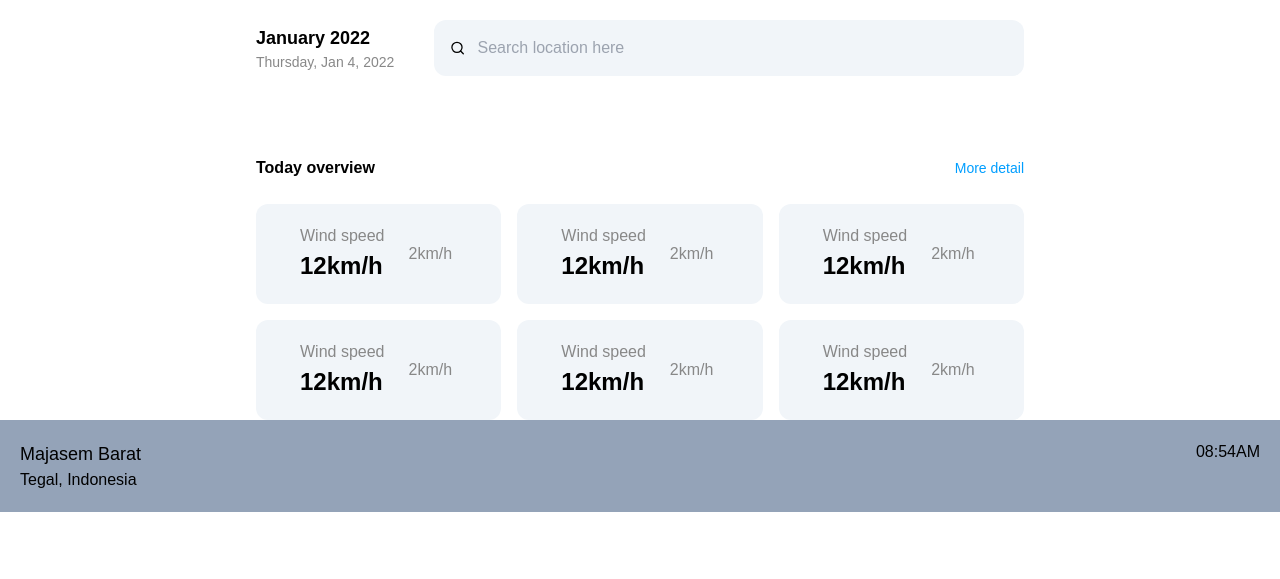
Repository: theweirdboiz/datawarehouse-ui
Page: /
An editor plug-in stored every save of this project. The page is shown before and after the next save, followed by the edit.
The browser window is 1280 px wide. The pictures show the whole page.
The project was rebuilt for these pictures with package versions that can differ from the ones it lists, and the page was loaded fresh each time. Also part of the build but not shown: vite.config.js.

Above is the page before, as saved 2022-11-23 16:36:32.

### index.html
<!DOCTYPE html>
<html lang="en">
  <head>
    <meta charset="UTF-8" />
    <link rel="icon" type="image/svg+xml" href="/vite.svg" />
    <meta name="viewport" content="width=device-width, initial-scale=1.0" />
    <title>Weather - Datawarehouse</title>
  </head>
  <body>
    <div id="root"></div>
    <script type="module" src="/src/main.jsx"></script>
  </body>
</html>

### src/App.jsx
import { useState } from "react";
import { FiSearch } from "react-icons/fi";

function App() {
  const date = "font-[900] text-lg";
  const detailDate = "text-sm text-[#888]";

  const contentTop = "mt-[20px] flex items-center gap-x-10 mb-20";
  const contentSearch =
    "content__search p-4 flex items-center gap-x-3 flex-1 rounded-xl bg-slate-100";

  return (
    <div className="container mx-auto">
      <div className="">
        <section className="content max-w-3xl mx-auto">
          <div className={contentTop}>
            <div className="flex-col">
              <h3 className={date}>January 2022</h3>
              <div className={detailDate}>Thursday, Jan 4, 2022</div>
            </div>
            <div className={contentSearch}>
              <FiSearch />
              <input
                className="w-full bg-transparent"
                type="text"
                placeholder="Search location here"
              />
            </div>
          </div>
          <div className="content__detail">
            <div className="flex items-center justify-between">
              <h4 className="font-semibold">Today overview</h4>
              <div className="">
                <button className="text-sm font-medium text-[#009EFF]">
                  More detail
                </button>
              </div>
            </div>
            <div>
              <div className="content__detail-box grid grid-cols-3 gap-4 mt-6">
                <div className="content__detail-item p-5 flex items-center gap-x-6 bg-slate-100 rounded-xl">
                  <i></i>
                  <div className="speed flex flex-col">
                    <h4 className="text-[#888]">Wind speed</h4>
                    <span className="text-[24px] font-semibold">12km/h</span>
                  </div>
                  <span className="text-[#888]">2km/h</span>
                </div>
                <div className="content__detail-item p-5 flex items-center gap-x-6 bg-slate-100 rounded-xl">
                  <i></i>
                  <div className="speed flex flex-col">
                    <h4 className="text-[#888]">Wind speed</h4>
                    <span className="text-[24px] font-semibold">12km/h</span>
                  </div>
                  <span className="text-[#888]">2km/h</span>
                </div>
                <div className="content__detail-item p-5 flex items-center gap-x-6 bg-slate-100 rounded-xl">
                  <i></i>
                  <div className="speed flex flex-col">
                    <h4 className="text-[#888]">Wind speed</h4>
                    <span className="text-[24px] font-semibold">12km/h</span>
                  </div>
                  <span className="text-[#888]">2km/h</span>
                </div>
                <div className="content__detail-item p-5 flex items-center gap-x-6 bg-slate-100 rounded-xl">
                  <i></i>
                  <div className="speed flex flex-col">
                    <h4 className="text-[#888]">Wind speed</h4>
                    <span className="text-[24px] font-semibold">12km/h</span>
                  </div>
                  <span className="text-[#888]">2km/h</span>
                </div>
                <div className="content__detail-item p-5 flex items-center gap-x-6 bg-slate-100 rounded-xl">
                  <i></i>
                  <div className="speed flex flex-col">
                    <h4 className="text-[#888]">Wind speed</h4>
                    <span className="text-[24px] font-semibold">12km/h</span>
                  </div>
                  <span className="text-[#888]">2km/h</span>
                </div>
                <div className="content__detail-item p-5 flex items-center gap-x-6 bg-slate-100 rounded-xl">
                  <i></i>
                  <div className="speed flex flex-col">
                    <h4 className="text-[#888]">Wind speed</h4>
                    <span className="text-[24px] font-semibold">12km/h</span>
                  </div>
                  <span className="text-[#888]">2km/h</span>
                </div>
              </div>
            </div>
          </div>
        </section>
        <section className="content__right">
          <div className="bg-slate-400 p-5">
            <div className="flex justify-between">
              <div className="flex flex-col">
                <h3 className="text-lg">Majasem Barat</h3>
                <span>Tegal, Indonesia</span>
              </div>
              <h4>08:54AM</h4>
            </div>
          </div>
        </section>
      </div>
    </div>
  );
}

export default App;

### src/index.scss
@tailwind base;
@tailwind components;
@tailwind utilities;

@layer base {
  @import url("https://fonts.googleapis.com/css2?family=Poppins:wght@300;500;600;900&display=swap");

  *,
  *::before,
  *::after {
    box-sizing: border-box;
  }
  * {
    margin: 0;
    padding: 0;
  }
  body {
    line-height: 1.5;
    font-family: "Poppins", sans-serif;
  }
  img,
  picture,
  video,
  canvas,
  svg {
    display: block;
    max-width: 100%;
  }
  input,
  button,
  textarea,
  select {
    outline: none;
  }
  p,
  h1,
  h2,
  h3,
  h4,
  h5,
  h6 {
    overflow-wrap: break-word;
  }
}

Loaded but not shown: src/main.jsx (common file); tailwind.config.cjs (common file)

After the next save:
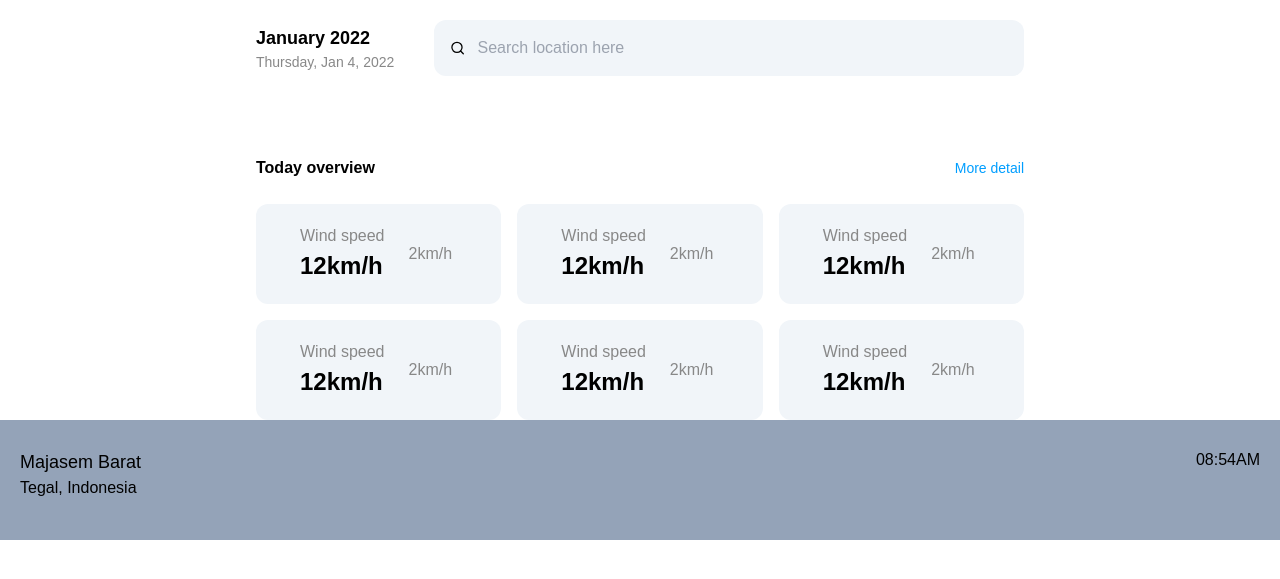
Saved 31 s later.
--- a/src/App.jsx
+++ b/src/App.jsx
@@ -92,7 +92,7 @@ function App() {
         </section>
         <section className="content__right">
           <div className="bg-slate-400 p-5">
-            <div className="flex justify-between">
+            <div className="flex justify-between mt-2 mb-5">
               <div className="flex flex-col">
                 <h3 className="text-lg">Majasem Barat</h3>
                 <span>Tegal, Indonesia</span>
